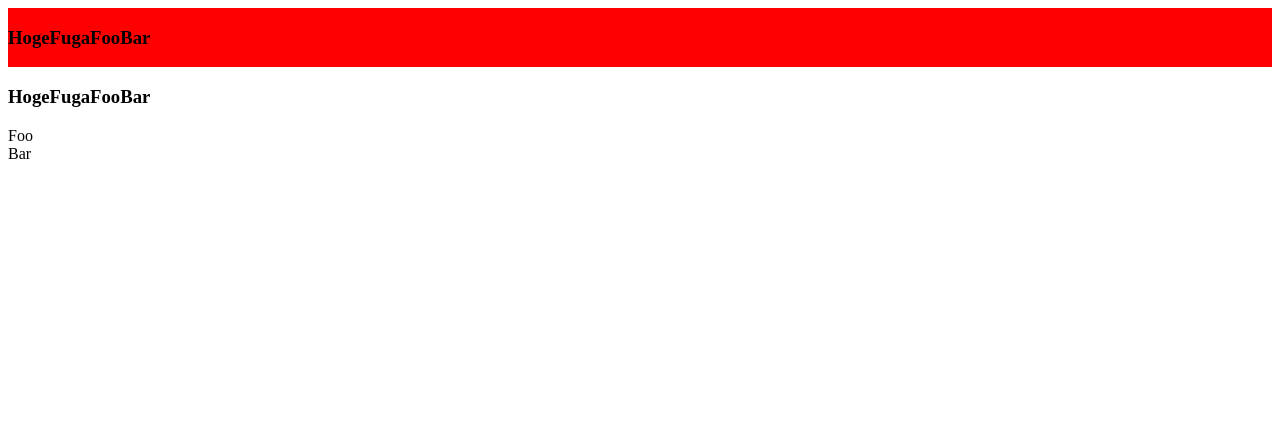
Repository: TakashiYamaguchi2021/samurai_HTML-CSS
Page: flexbox.html
The author's editor kept a record of every edit. The page is drawn from the files as they stood at one moment, then again after the next edit.
The browser window is 1280 px wide. The pictures show the whole page.

Above is the page before.

After the next edit:
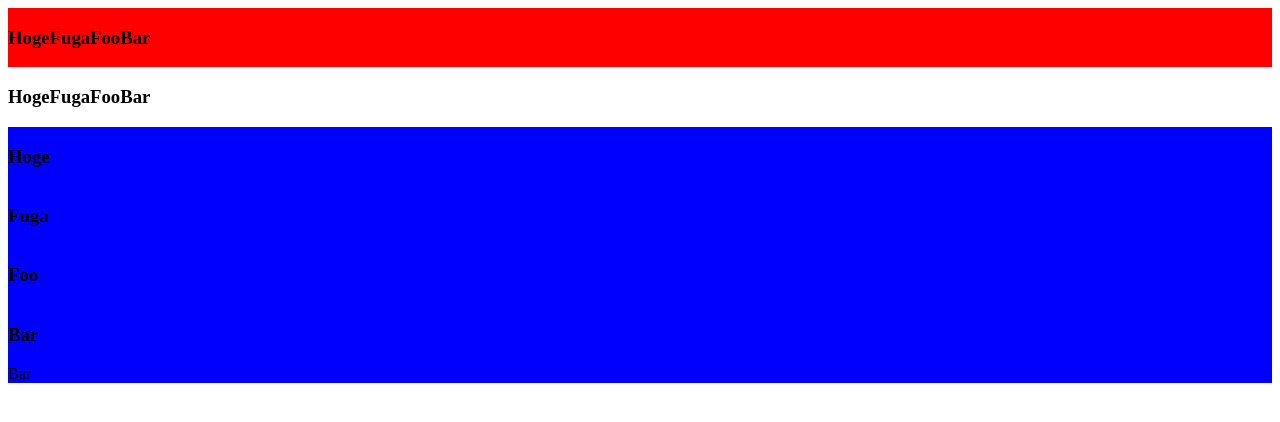
The edit:
--- a/flexbox.html
+++ b/flexbox.html
@@ -36,9 +36,11 @@
             <h3>Foo</h3>
             <h3>Bar</h3>
         </div>
-            <div>
-                Foo
-            </div>
+        <div id="column">
+            <h3>Hoge</h3>
+            <h3>Fuga</h3>
+            <h3>Foo</h3>
+            <h3>Bar</h3>
             <div>
                 Bar
             </div>
